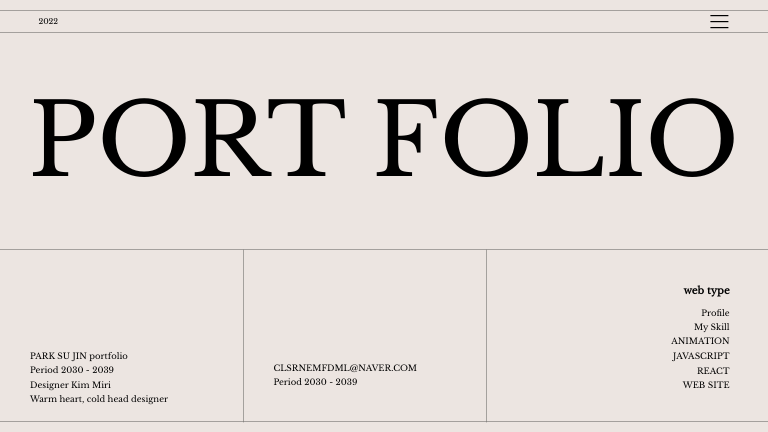
Repository: clsrnemfdml/portfolio_parksj_versiton1
Page: index.html
These files come from the project's save history. The page is drawn as it stood at one moment and after a run of saves; the edit follows.
The browser window is 1280 px wide. The pictures show the whole page, at 60% of full size.

Above is the page before, as saved 2021-09-07 07:33:39.

### index.html
<!DOCTYPE html>
<html lang="en">
<head>
    <meta charset="UTF-8">
    <meta http-equiv="X-UA-Compatible" content="IE=edge">
    <meta name="viewport" content="width=device-width, initial-scale=1.0">
    <title>parkjs portfolio</title>
    <meta name="descripsion" content="박수진의 포트폴리오 입니다.">
    <link rel="stylesheet" href="css/reset.css">
    <link rel="stylesheet" href="css/index.css">
    <style> @import url('https://fonts.googleapis.com/css2?family=Libre+Baskerville&display=swap');</style>
    <script src="js/index.js"></script>

</head>
<body>
    <div id="wrap">
        <section id="section1">
            <div class="wrap_portFolio">
                <div class="menu">
                    <p>2022</p>
                    <span>
                    </span>
                </div>
                <div class="content">
                    <h6>PORT FOLIO</h6>
                </div>
                <div class="content_bottom">
                    <div class="rsum1">
                        <p>PARK SU JIN portfolio</p>
                        <p>Period  2030 - 2039</p>
                        <p>Designer   Kim Miri</p>
                        <p>Warm heart, cold head designer</p>
                    </div>
                    <div class="rsum2">
                        <p>CLSRNEMFDML@NAVER.COM</p>
                        <p>Period  2030 - 2039</p>
                    </div>
                    <div class="rsum3">
                        <p class="fitst_write">web type</p>
                        <p>Profile</p>
                        <p>My Skill</p>
                        <p>ANIMATION</p>
                        <p>JAVASCRIPT</p>
                        <p>REACT</p>
                        <p>WEB SITE</p>

                    </div>
                </div>
            </div>

        </section>
    </div>

</body>
</html>

### css/index.css


#wrap{width: 100%; height: auto;}




/*section1 */
#wrap #section1{height: 100vh; width: 100%; background: #ECE5E1;
    font-family: 'Libre Baskerville', serif; position: relative;}

#wrap #section1 .wrap_portFolio{
    width: 100%;
    height: 95vh;
    position: absolute;
    top: 50%;
    transform: translateY(-50%);
    border-bottom: 1px solid #767371;
    border-top: 1px solid #767371;
}

#wrap #section1 .menu{
    width: 100%;
    height: 5vh;
    border-bottom: 1px solid #767371;
    position: relative;
    font-size: 1vw;

}
#wrap #section1 .menu p{
    padding-left: 5%;
    position: absolute;
    top: 50%;
    transform: translateY(-50%);
}
#wrap #section1 .menu span{
    display: block;
    position: absolute;
    right: 4%;
    top: 50%;
    transform: translate(-50%, -50%);
    width: 30px;
    height: 2px;
    background: rgb(0, 0, 0);
    float: right;
}
    #wrap #section1 .menu span::before{
    content: '';
    width: 30px;
    height: 2px;
    background: rgb(0, 0, 0);
    position: absolute;
    left: 0;
    bottom: 10px;
    transform: rotate(0deg);
    transition-duration: .3s;
}
    #wrap #section1 .menu span::after{
        content: '';
        width: 30px;
        height: 2px;
        background: rgb(0, 0, 0);
        position: absolute;
        left: 0;
        top: 10px;
        transform: rotate(0deg);
        transition-duration: .3s;
    }

    #wrap #section1 .content{
        height: 50vh;
        position: relative;
        width: 100%;
        font-size: 13vw;
        text-align: center;
        border-bottom: 1px solid #767371;


    }
    #wrap #section1 .content h6{
        position: absolute;
        width: 100%;
        top: 50%;
        left: 50%;
        transform: translate(-50% , -50%);
        font-weight: 300;
    }

    #wrap #section1 .content_bottom{
        width: 100%;
        height: 40vh;
        position: absolute;
        display: flex;
    }


    #wrap #section1 .content_bottom > div{
        width: 33.333%;
        height: auto;
        font-size: 1.1vw;
        padding-left: 50px;



    }
    #wrap #section1 .content_bottom > div p{
        padding-bottom: 10px;
    }

    #wrap #section1 .content_bottom .rsum1{
        border-right: 1px solid #767371;
        padding-top: 170px;


    }
    #wrap #section1 .content_bottom .rsum2{
        border-right: 1px solid #767371;
        padding-top: 190px;
    }

    #wrap #section1 .content_bottom .rsum3{
    padding-right: 5%;
    padding-top: 60px;
    }

    #wrap #section1 .content_bottom .rsum3 p{
        text-align: right;
    }
    #wrap #section1 .content_bottom .rsum3 .fitst_write{
        font-weight: bold;
        font-size: 1.3vw;
        padding-bottom: 3vh;
    }

Loaded but not shown: css/reset.css (common file); js/index.js (no stored copy; drawn as an empty file)

After the next 2 saves:
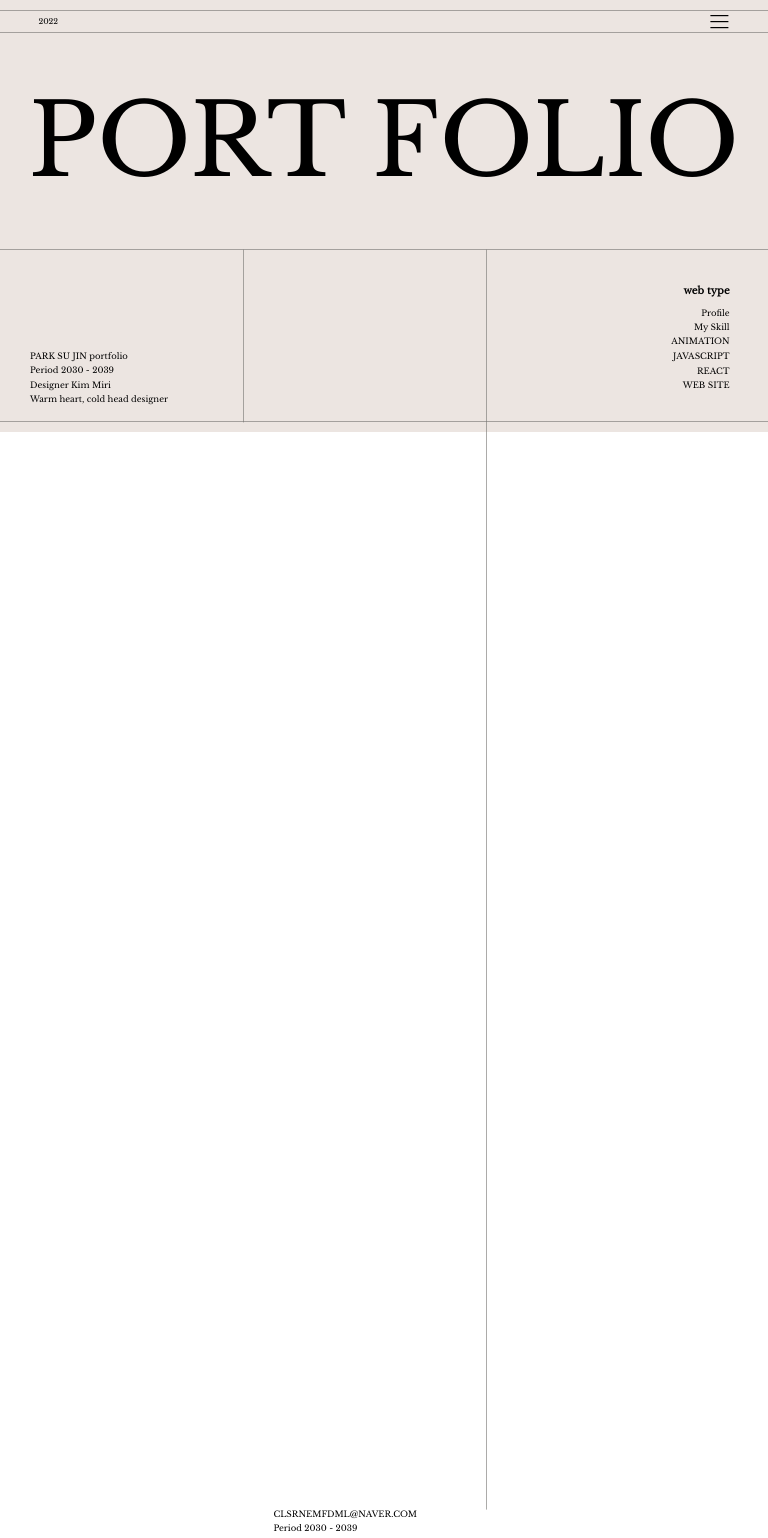
The 2 saves are shown as one change because they came seconds apart.
The last was saved 5 s later.
--- a/css/index.css
+++ b/css/index.css
@@ -115,7 +115,7 @@
     }
     #wrap #section1 .content_bottom .rsum2{
         border-right: 1px solid #767371;
-        padding-top: 190px;
+        padding-top: 2100px;
     }
 
     #wrap #section1 .content_bottom .rsum3{
